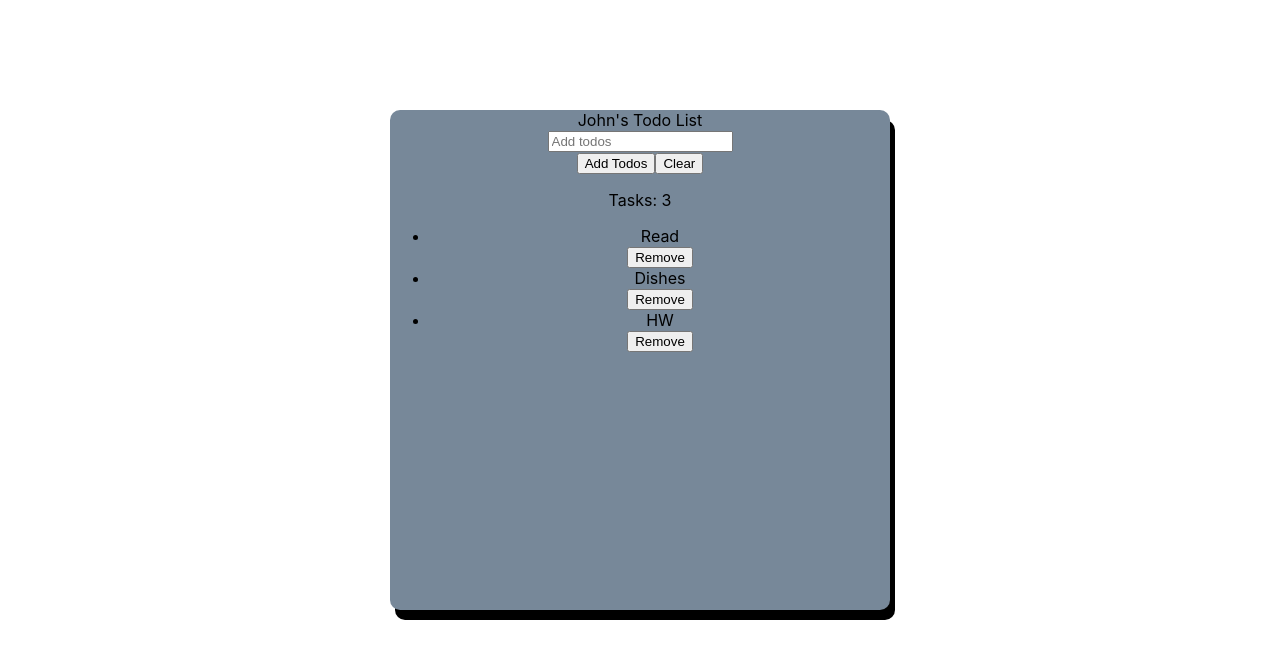
Repository: JohnKang0720/Simple-Todo-List
Page: /
The author's editor kept a copy of each file at every save. The page is drawn from the files as they stood at one save, then again after the next save.
The browser window is 1280 px wide. The pictures show the whole page.
The project was rebuilt for these pictures with package versions that can differ from the ones it lists, and the page was loaded fresh each time.

Above is the page before, as saved 2021-05-28 21:15:29.

After the next save:
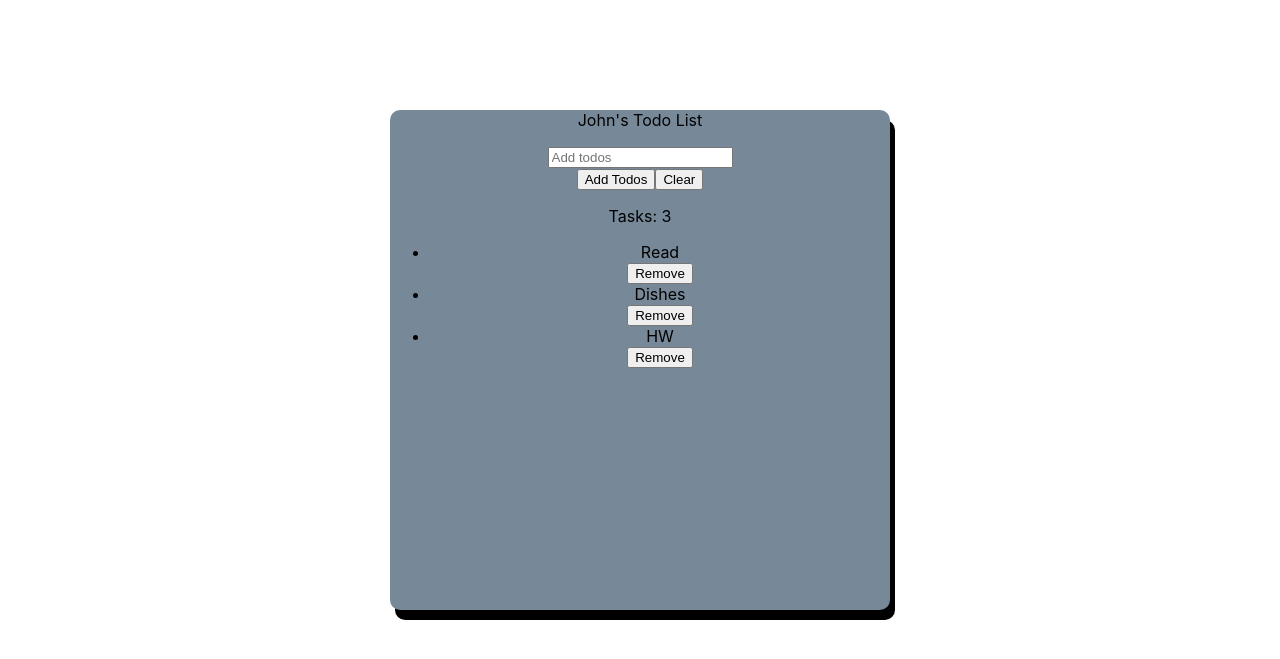
Saved 12 s later.
--- a/src/Todoform.js
+++ b/src/Todoform.js
@@ -3,7 +3,7 @@ import {taskContext} from './TodoList'
 import List from './List'
 import { DetectFacesTaskBase } from 'face-api.js'
 function Todoform() {
-    const {input, addTask, removeTask, clearTask} = useContext(taskContext)
+    const {input, addTask, removeTask, clearTask, alert} = useContext(taskContext)
     const [title, settitle] = useState('')
     const handleSubmit = (e) => {
       e.preventDefault();
@@ -12,6 +12,8 @@ function Todoform() {
       addTask(title)
       }else{
           alert("Please enter a value")
+          //red text alert
+
       }
       settitle('')
     }
@@ -24,6 +26,7 @@ function Todoform() {
 
     return (
         <div>
+            <p> {alert} </p>
        <form onSubmit = {handleSubmit}>
            <input type = "text" placeholder = "Add todos" onChange = {handleChange} value = {title}/>
            <div>
@@ -31,6 +34,7 @@ function Todoform() {
            <button onClick = {clearTask}> Clear </button>
            </div>
            <p> {input.length === 0 ? "No tasks" : `Tasks: ${input.length}`} </p>
+
 
 
        </form>
